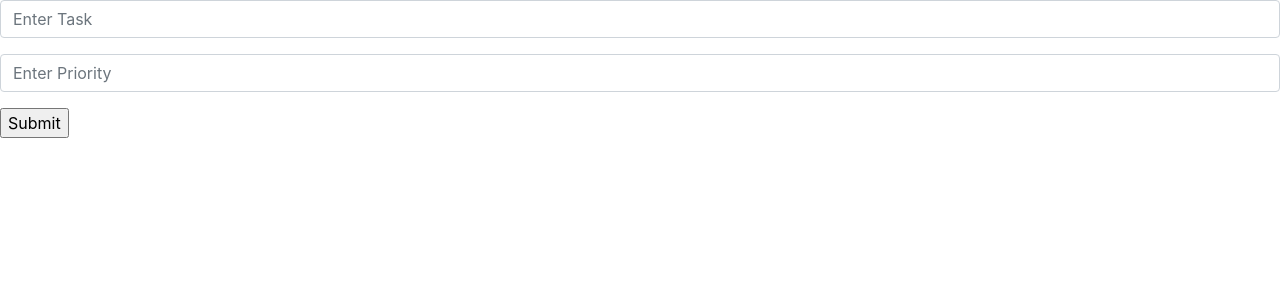
Repository: bitmap357/To-Do-App_Django
Page: http://localhost/add/
These files come from the project's save history. The page is drawn as it stood at one moment and after a run of saves; the edit follows.
The browser window is 1280 px wide. The pictures show the whole page.
The page is served by the project's application, run on Django 5.2 (mysite/manage.py). Other server files are loaded and not shown.

Above is the page before, as saved 2024-03-27 22:36:13.

### mysite/myapp/templates/myapp/add.html
{% extends 'myapp/base.html' %}
{% block body %}
<form method="post">
    {% csrf_token %}
    <div class="form-group">
        <input type="text" class="form-control" name="name" id="name" placeholder="Enter Task">
    </div>
    <div class="form-group">
        <input type="text" class="form-control" name="priority" id="priority" placeholder="Enter Priority">
    </div>
    <input type="submit">
</form>
{% endblock %}

### mysite/myapp/templates/myapp/base.html
<!DOCTYPE html>
<html lang="en">
<head>
    <link rel="stylesheet" href="https://cdn.jsdelivr.net/npm/bootstrap@4.0.0/dist/css/bootstrap.min.css" integrity="sha384-Gn5384xqQ1aoWXA+058RXPxPg6fy4IWvTNh0E263XmFcJlSAwiGgFAW/dAiS6JXm" crossorigin="anonymous">
    <title>Document</title>
</head>
<body>
    {% block body %}

    {% endblock %}
</body>
</html>

### mysite/myapp/views.py
from django.shortcuts import render
from .models import Task

# Create your views here.
def add(request):
    if request.method == "POST":
        name = request.POST.get('name', '')
        priority = request.POST.get('priority', '')

        task = Task(name=name, priority=priority)
        task.save()

    return render(request, 'myapp/add.html')

### mysite/mysite/urls.py
"""
URL configuration for mysite project.

The `urlpatterns` list routes URLs to views. For more information please see:
    https://docs.djangoproject.com/en/5.0/topics/http/urls/
Examples:
Function views
    1. Add an import:  from my_app import views
    2. Add a URL to urlpatterns:  path('', views.home, name='home')
Class-based views
    1. Add an import:  from other_app.views import Home
    2. Add a URL to urlpatterns:  path('', Home.as_view(), name='home')
Including another URLconf
    1. Import the include() function: from django.urls import include, path
    2. Add a URL to urlpatterns:  path('blog/', include('blog.urls'))
"""
from django.contrib import admin
from django.urls import path
from myapp import views

urlpatterns = [
    path("admin/", admin.site.urls),
    path("add/", views.add, name='add'),
]

After the next 2 saves:
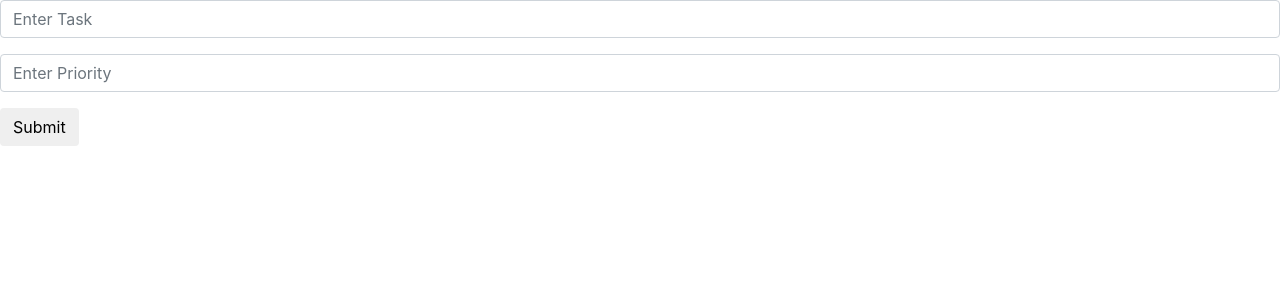
The 2 saves are shown as one change because they came seconds apart.
The last was saved 16 s later.
--- a/mysite/myapp/templates/myapp/add.html
+++ b/mysite/myapp/templates/myapp/add.html
@@ -8,6 +8,6 @@
     <div class="form-group">
         <input type="text" class="form-control" name="priority" id="priority" placeholder="Enter Priority">
     </div>
-    <input type="submit">
+    <input class="btn" type="submit">
 </form>
 {% endblock %}
